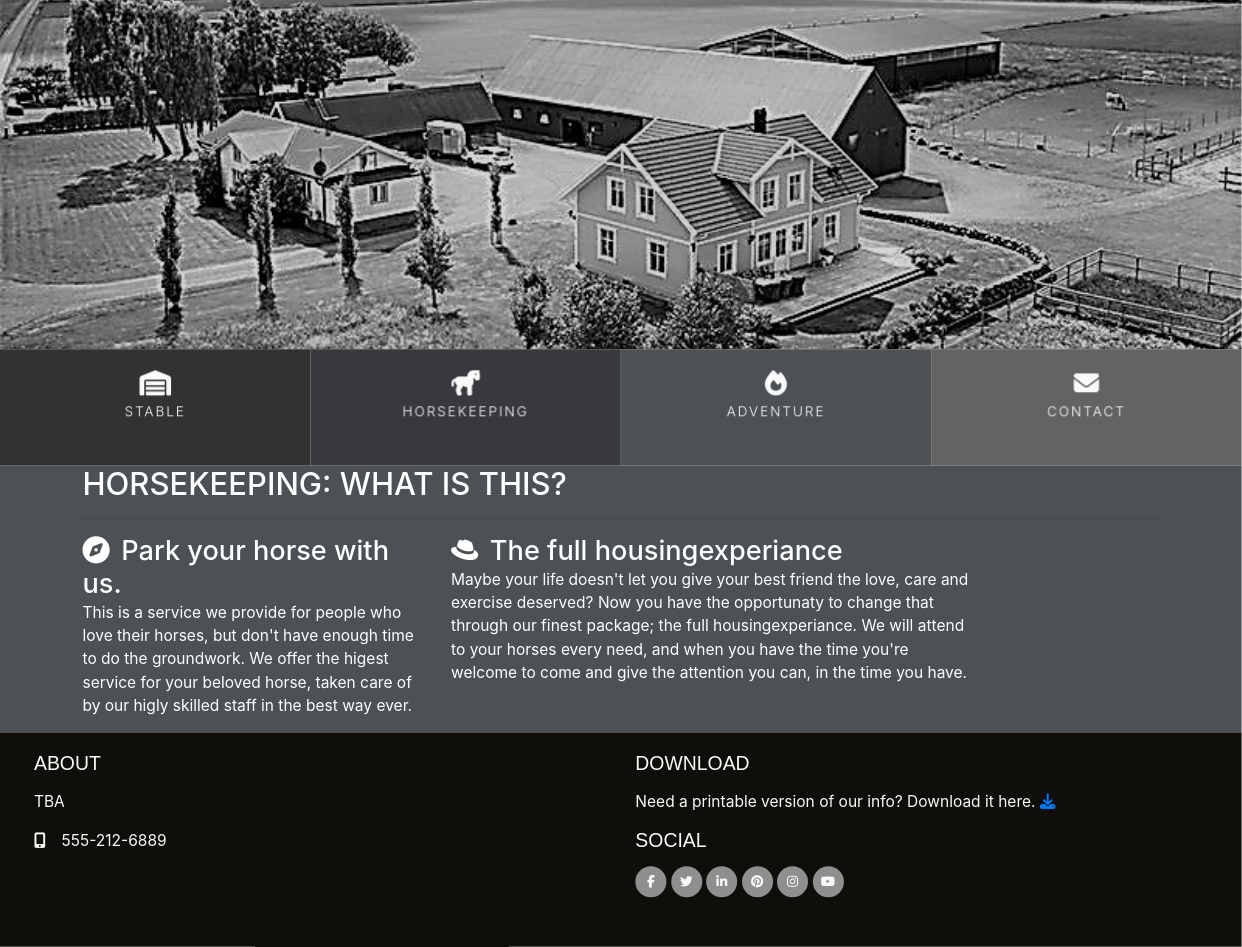
Repository: Jadehammar/frontendmilestone
Page: horsekeeping.html
The author's editor kept a record of every edit. The page is drawn from the files as they stood at one moment, then again after the next edit.
The browser window is 1280 px wide. The pictures show the whole page, at 97% of full size.
Backgrounds fixed to the window are drawn as part of the page. Some web libraries are served in a nearby version.

Above is the page before.

### horsekeeping.html
<!DOCTYPE html>
<html lang="en">

<head>
    <meta charset="UTF-8">
    <meta name="viewport" content="width=device-width, initial-scale=1.0">
    <meta http-equiv="X-UA-Compatible" content="ie=edge">
    <link rel="stylesheet" href="https://stackpath.bootstrapcdn.com/font-awesome/4.7.0/css/font-awesome.min.css" type="text/css" />
    <link rel="stylesheet" href="https://cdnjs.cloudflare.com/ajax/libs/hover.css/2.3.1/css/hover-min.css" type="text/css" />
    <link rel="stylesheet" href="https://stackpath.bootstrapcdn.com/bootstrap/4.3.1/css/bootstrap.min.css" type="text/css" />
    <link rel="stylesheet" href="assets/css/style.css" type="text/css" />
    <title>Ridingschool, Horsekeeping</title>
</head>

<body>
    <header>
        <div class="row no-gutters">
            <a href="horsekeeping.html" class="col-12 logo"></a>
            <div class="col-md-12">
                <div class="row no-gutters">
                    <div class="col">
                        <ul id="nav" class="list-inline menucontainer">
                            <li class="col-6 col-sm-3 ui-menue-color-home list-inline-item menueitem">
                                <a href="stable.html" class="hvr-bounce-to-bottom"><i class="fa fa-warehouse" aria-hidden="true"></i><span>Stable</span></a>
                            </li>
                            <li class="col-6 col-sm-3 ui-menue-color-resume list-inline-item menueitem">
                                <a href="horsekeeping.html" class="hvr-bounce-to-bottom"><i class="fa fa-horse" aria-hidden="true"></i><span>Horsekeeping</span></a>
                            </li>
                            <li class="col-6 col-sm-3 ui-menue-color-contact list-inline-item menueitem">
                                <a href="adventure.html" class="hvr-bounce-to-bottom"><i class="fa fa-fire" aria-hidden="true"></i><span>Adventure</span></a>
                            </li>
                            <li class="col-6 col-sm-3 ui-menue-color-download list-inline-item menueitem">
                                <a href="contact.html" class="hvr-bounce-to-bottom"><i class="fa fa-envelope" aria-hidden="true"></i><span>contact</span></a>
                            </li>

                        </ul>
                    </div>
                </div>
            </div>
        </div>
    </header>
    <div class="container-wrapper container-wrapper--red">
        <div class="container features-container content-container">
            <section class="features">
                <div class="row">
                    <div class="col-12 page-header">
                        <h2 class="text-uppercase">Horsekeeping: What is this?</h2>
                        <hr class="block-divider block-divider--short block-divider--white">
                    </div>
                </div>
                <div class="row">
                    <div class="col-12 col-md-6 col-lg-4">
                        <div class="feature">
                            <h3><i class="fas fa-compass" style="padding-right: 12px;">
                            </i>Park your horse with us.</h3>
                            <p>This is a service we provide for people who love their horses, but don't have enough time to do the groundwork. We offer the higest service for your beloved horse, taken care of by our higly skilled staff in the best way ever.</p>
                        </div>
                    </div>
                    <div class="col-12 col-md-6">
                        <div class="feature">
                            <h3><i class="fab fa-redhat" style="padding-right: 12px;">
                            </i>The full housingexperiance</h3>
                            <p>Maybe your life doesn't let you give your best friend the love, care and exercise deserved? Now you have the opportunaty to change that through our finest package; the full housingexperiance. We will attend to your horses every
                                need, and when you have the time you're welcome to come and give the attention you can, in the time you have.</p>
                        </div>
                    </div>
                </div>
            </section>
        </div>
    </div>
    <footer class="container-fluid">
        <div id="footer-details" class="row">
            <div class="col-sm-6">
                <h5 class="uppercase general-sub">About</h5>
                <p class="inline-block">
                    TBA
                </p>
            </div>
            <div class="col-sm-6">
                <h5 class="uppercase general-sub">Download</h5>
                <p class="inline-block">
                    Need a printable version of our info? Download it here.
                    <a href="assets/info.pdf" taraget="_blank" class="info-pdf">
                        <i class="fa fa-download" aria-hidden="true"></i>
                        <span class="sr-only">Download link.</span>
                    </a>
                </p>
            </div>
            <div class="col-sm-6">
                <i class="fa fa-mobile" aria-hidden="true" style="padding-right: 12px;"></i>
                <p class="inline-block"> 555-212-6889
                    <span class="sr-only">Phone.</span>
                    </a>
                </p>
            </div>
            <div class="col-sm-4">
                <h5 class="uppercase general-sub">social</h5>
                <ul class="list-inline social-links">
                    <li class="list-inline-item">
                        <a target="_blank" href="#">
                            <i class="fab fa-facebook-f" aria-hidden="true"></i>
                            <span class="sr-only">Facebook</span>
                        </a>
                    </li>
                    <li class="list-inline-item">
                        <a target="_blank" href="#">
                            <i class="fab fa-twitter" aria-hidden="true"></i>
                            <span class="sr-only">Twitter</span>
                        </a>
                    </li>
                    <li class="list-inline-item">
                        <a target="_blank" href="#">
                            <i class="fab fa-linkedin-in" aria-hidden="true"></i>
                            <span class="sr-only">LinkedIn</span>
                        </a>
                    </li>
                    <li class="list-inline-item">
                        <a target="_blank" href="#">
                            <i class="fab fa-pinterest" aria-hidden="true"></i>
                            <span class="sr-only">Pinterest</span>
                        </a>
                    </li>
                    <li class="list-inline-item">
                        <a target="_blank" href="#">
                            <i class="fab fa-instagram" aria-hidden="true"></i>
                            <span class="sr-only">Instagram</span>
                        </a>
                    </li>
                    <li class="list-inline-item">
                        <a target="_blank" href="#">
                            <i class="fab fa-youtube" aria-hidden="true"></i>
                            <span class="sr-only">YouTube</span>
                        </a>
                    </li>
                </ul>
            </div>
        </div>
    </footer>
    <script src="https://kit.fontawesome.com/d636ceede3.js"></script>
</body>

</html>

### assets/css/style.css
@import url('https://fonts.googleapis.com/css?family=Roboto:100,200,300,400,500,600,700│exo:100,200,300,400,500,600,700');

/*---------------------------------------------color-------------------------------------*/

.container-wrapper {
    background-color: #38393c;
    color: white;
}

.container-wrapper--red {
    background-color: #4b5154;
    color: white;
}

.feature {
    color: #fff;
}

.bg-color-name-title {
    background-color: #676767;
}

.bg-color-three-reasons {
    background-color: #333230;
    color: #fff;
    font-weight: 100;
}

.bg-color-personal-info {
    background-color: #f4f4f4;
}

.ui-menue-color-home {
    background-color: #333230;

}

.ui-menue-color-resume {
    background-color: #38393c;

}

.ui-menue-color-contact {
    background-color: #4b5154;

}

.ui-menue-color-download {
    background-color: #4e4e4ee0;

}

.bg-color-work-history {
    background-color: #646464;
}

.bg-color-contact {
    background-color: #646464;

}

/*---------------------------------------------Special padding/margins/text-------------------------------------*/

h1,
h2,
h3,
h4,
h5 {
    margin: 0;
}

.uppercase {
    text-transform: uppercase;
    color: #fff;
}

.general-sub {
    font-family: "Exo", sans-serif;
    font-weight: 200;
    color: #fafafa;
    padding-bottom: 15px;
}

.inline-block {
    display: inline-block;
}

.row-table {
    display: table;
}

.section-column {
    display: table-cell;
    padding: 0 30px 30px;
    float: none;
}

.history-heading,
.section-heading {
    font-family: "Exo", sans-serif;
    font-weight: 200;
    margin-bottom: 40px;
    margin-top: 25px;
}

/*---------------------------------------------Heading-------------------------------------*/

header {
    margin: 0;
}

.heading {
    margin-left: 50px;

}

.logo-stable {
    background: url("../images/gård på avstånd.jpg");
    background-position: center;
    background-repeat: no-repeat;
    background-size: cover;
    min-height: 360px;
    transition: all .75s ease-in-out;
    -moz-transition: all .75s ease-in-out;
    -webkit-transition: all .75s ease-in-out;
    -o-transition: all .75s ease-in-out;
}

.logo {
    background: url("../images/Varberg-intro-800x418_bw.jpg.jpg") no-repeat bottom right fixed;
    background-position: center;
    background-repeat: no-repeat;
    background-size: cover;
    min-height: 360px;
    transition: all .75s ease-in-out;
    -moz-transition: all .75s ease-in-out;
    -webkit-transition: all .75s ease-in-out;
    -o-transition: all .75s ease-in-out;
}

.name {
    font-family: "Exo" sans-serif;
    font-weight: 100;
    font-size: 46px;
    margin-top: 50px;
    color: #fff;
}

.title {
    font-family: "Roboto" sans-serif;
    font-weight: 200;
    font-size: 28px;
    margin-top: 20px;
    margin-bottom: 90px;
    color: #fff;
}

.list-inline-item:not(:last-child) {
    margin: 0;
}

.menucontainer {
    font-size: 0;
}

#nav li {
    font-size: 14px;
    padding: 0;
}

#nav {
    margin: 0;
}

.menueitem {
    height: 120px;
    text-align: center;
    padding: 0;
}

.menueitem a {
    width: 100%;
    text-decoration: none;
    color: #fff;
    height: 120px;
}

.menueitem a i {
    padding-top: 22px;
    display: block;
    color: #fafafa;
    font-size: 26px;
}

.menueitem span {
    display: block;
    width: 100%;
    padding-top: 5px;
    text-align: center;
    text-transform: uppercase;
    font-size: 14px;
    font-weight: 300;
    letter-spacing: 2px;
}


/*---------------------------------------------Hover.css-------------------------------------*/

.hvr-bounce-to-bottom:before {
    background: rgba(0, 0, 0, 0.2);
    height: 120px;
}

/*---------------------------------------------Footer-------------------------------------*/

footer {
    background-color: #100e08;
    color: #fafafa;
    min-height: 120px;
    margin: 0;
}

.cv-info i {
    font-size: 18px;
    color: #fff;
    text-align: center;
    padding-left: 5px;
    transition: all 0.35s ease-in-out;
    -moz-transition: all 0.35s ease-in-out;
    -webkit-transition: all 0.35s ease-in-out;
    -o-transition: all 0.35 ease-in-out;
}

.cv-info i:hover {
    color: #29ca4d;
    font-size: 19px;
}

.social-links {
    padding-bottom: 15px;
}


.social-links li a i {
    width: 32px;
    height: 32px;
    padding: 12px 0;
    border-radius: 50%;
    font-size: 13px;
    line-height: 7px;
    text-align: center;
    color: #fafafa;
    background: #8f8f8f;
    transition: all 0.35s ease-in-out;
    -moz-transition: all 0.35s ease-in-out;
    -webkit-transition: all 0.35s ease-in-out;
    -o-transition: all 0.35 ease-in-out;
}

.social-links li a i:hover {
    background: #e84610;
}

#footer-details {
    padding: 20px;
}

/*---------------------------------------------Three reasons-------------------------------------*/

.three-reasons-icon {
    font-size: 26px;
    color: #e67e22;
}

.three-reasons-heading {
    margin-bottom: 15px;
}

/*---------------------------------------------Personal info-------------------------------------*/

.personal-info-item {
    margin-bottom: 20px;
    display: block;
    clear: both;

}

.personal-info-item .key,
.personal-info-item .value {
    padding-right: 8px;
    display: inline-block;
}

.personal-info-item .key p,
.personal-info-item .value p {
    margin: 0;
}

.personal-info-item .key {
    width: 30%;
    margin-right: 21px;
    padding-top: 2px;
    vertical-align: top;

}

.personal-info-item .key p {
    font-weight: 700;
}

.personal-info-item .value {
    position: relative;
    width: 60%;

}

/*---------------------------------------------Contact-form-------------------------------------*/

.contact-heading {
    font-family: "Exo", sans-serif;
    font-weight: 300;
    margin-top: 25px;
    margin-bottom: 20px;
    color: #fff;
}

.center-form {
    padding-top: 10px;
    margin: 0 auto;
    max-width: 70%;
}

button [type="submit"] {
    margin: 20px 20px 20px 20px;
    background-color: #e84610;
}

.btn-secondary {
    margin: 20px;
    background-color: #363a3e;
    border-color: #6a6a6b;
}


/*---------------------------------------------Media-query-------------------------------------*/

@media(min-width: 992px) {
    .center-form {
        padding-top: 30px;
        min-height: 240;
        margin: 0 auto;
        max-width: 50%;
    }
}

After the next edit:
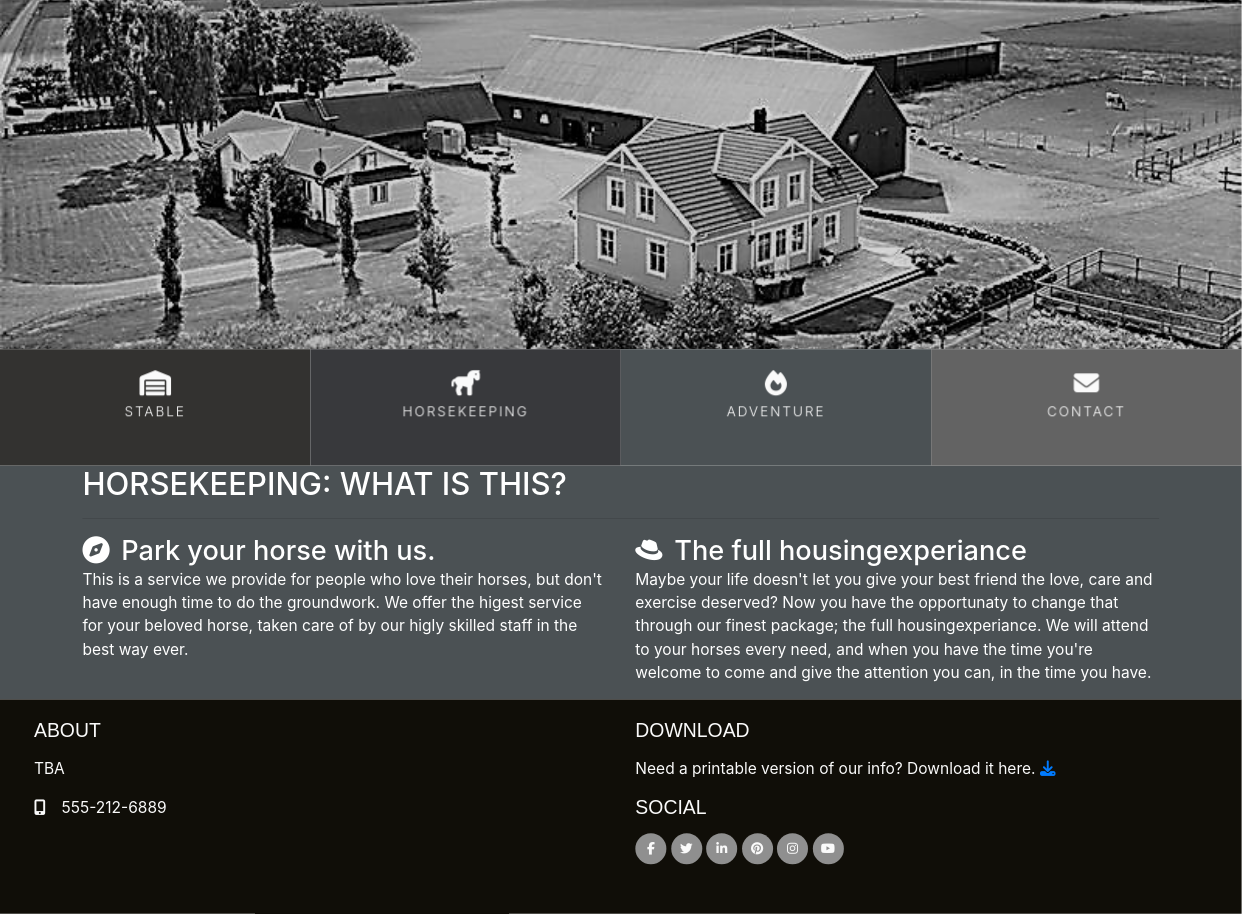
The edit:
--- a/horsekeeping.html
+++ b/horsekeeping.html
@@ -49,7 +49,7 @@
                     </div>
                 </div>
                 <div class="row">
-                    <div class="col-12 col-md-6 col-lg-4">
+                    <div class="col-12 col-md-6">
                         <div class="feature">
                             <h3><i class="fas fa-compass" style="padding-right: 12px;">
                             </i>Park your horse with us.</h3>
